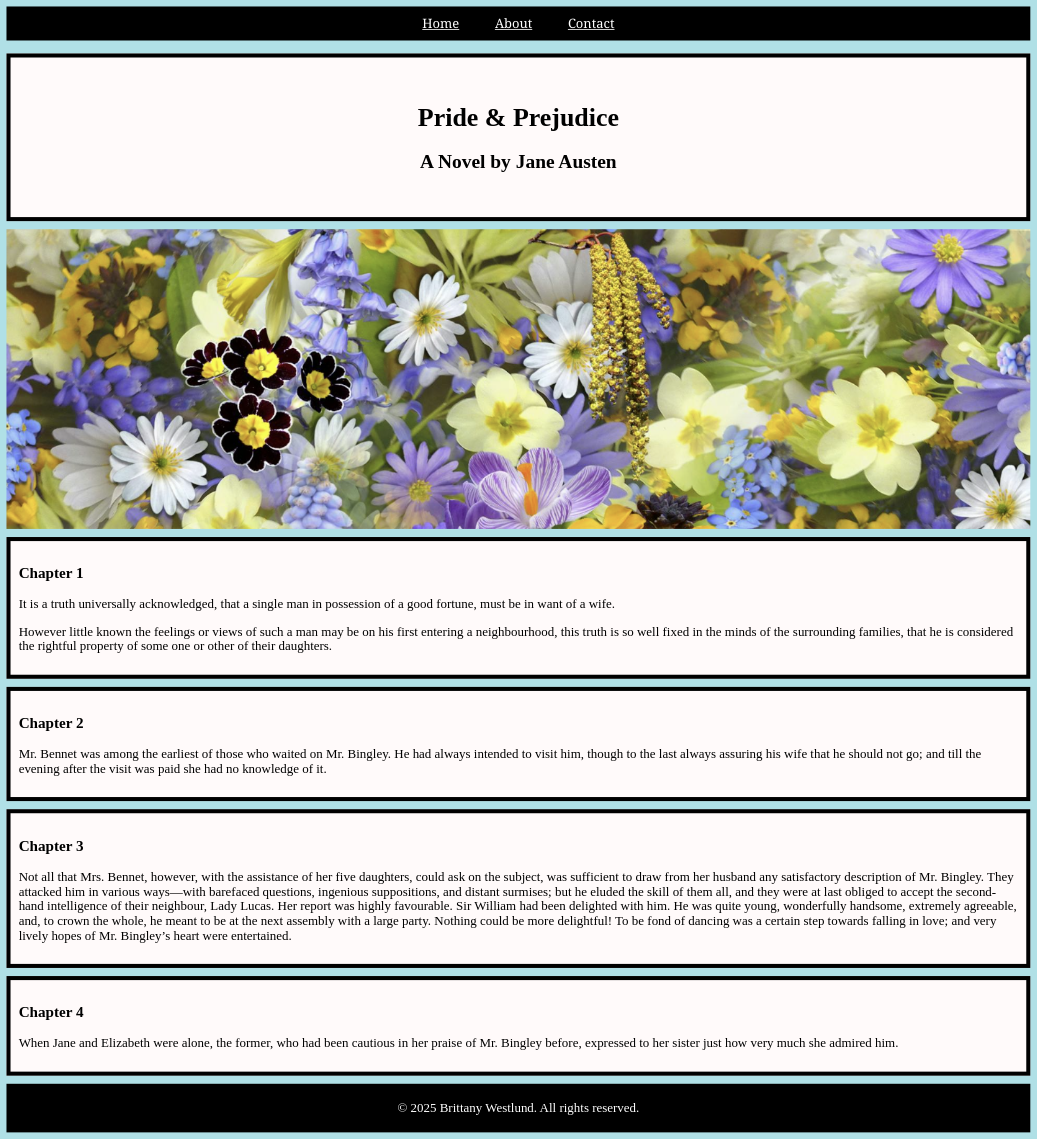
Repository: Brittany-Westlund/WebDesign
Page: Assignment2/index.html
These files come from the project's save history. The page is drawn as it stood at one moment and after the next save; the edit follows.
The browser window is 1280 px wide. The pictures show the whole page, at 81% of full size.

Above is the page before, as saved 2025-05-27 01:57:54.

After the next save:
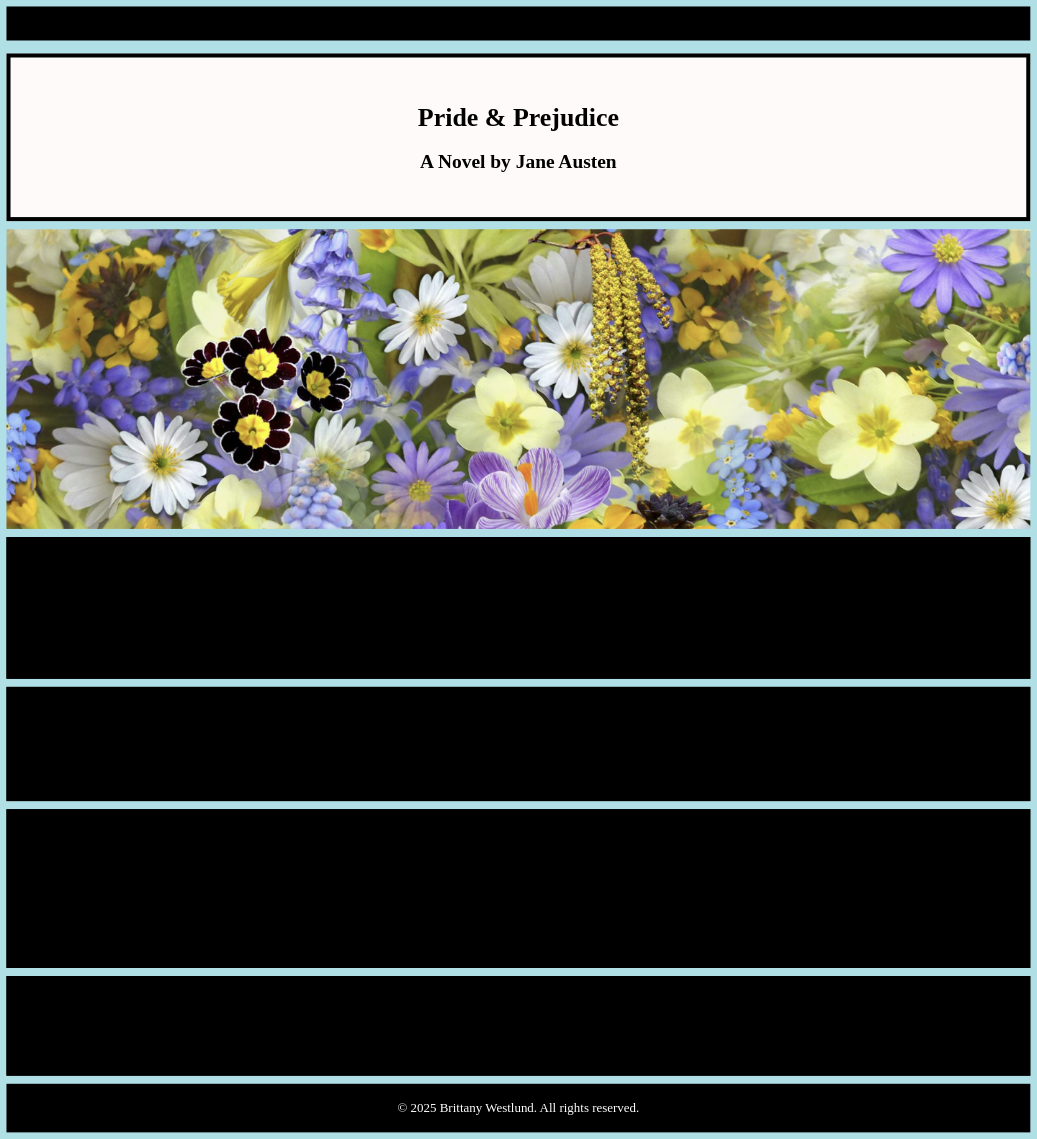
Saved 4 min 43 s later.
--- a/Assignment2/style/style.css
+++ b/Assignment2/style/style.css
@@ -1,14 +1,14 @@
 /* Here is my body styling. It applies to all of the content on the page. */
     body {
-        background-color: powderblue;
+        background-color: #B0E0E6;
     }
 
 /* Here is my header styling */
     header {
-        border: 5px solid black;
+        border: 5px solid #000000;
         padding: 35px;
         text-align: center;
-        background-color: snow;
+        background-color: #FFFAFA;
         margin-bottom: 10px;
     }
 
@@ -17,7 +17,7 @@
     nav {
         max-width: 100%;
         margin: 0 auto;
-        background-color: black;
+        background-color: #000000;
     }
 
     ul {
@@ -35,21 +35,21 @@
     }
 
     a {
-        color: white;
+        color: #000000;
     }
 
 /* Here is my div styling */
     div {
-    background-color: snow;
+    background-color: #000000;
     padding: 10px;
-    border: 5px solid black;
+    border: 5px solid #000000;
     margin-top: 10px;
     }
 
 /* Here is my footer styling */
     footer {
-    background-color: black;
-    color: white;
+    background-color: #000000;
+    color: #FFFFFF;
     padding: 5px;
     text-align: center;
     margin-top: 10px;

After the save that followed:
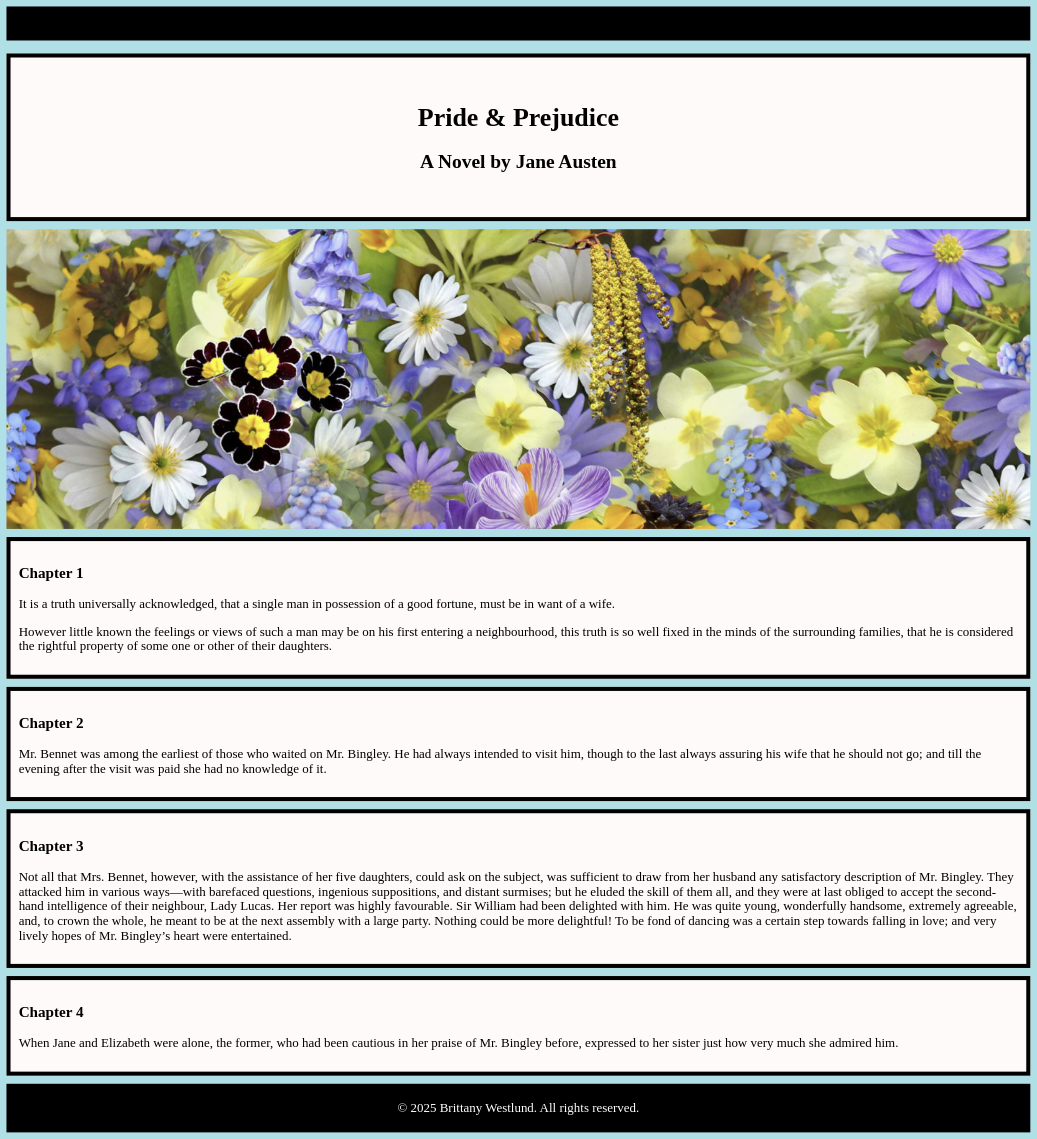
Saved 25 s later.
--- a/Assignment2/style/style.css
+++ b/Assignment2/style/style.css
@@ -40,7 +40,7 @@
 
 /* Here is my div styling */
     div {
-    background-color: #000000;
+    background-color: #FFFAFA;
     padding: 10px;
     border: 5px solid #000000;
     margin-top: 10px;
